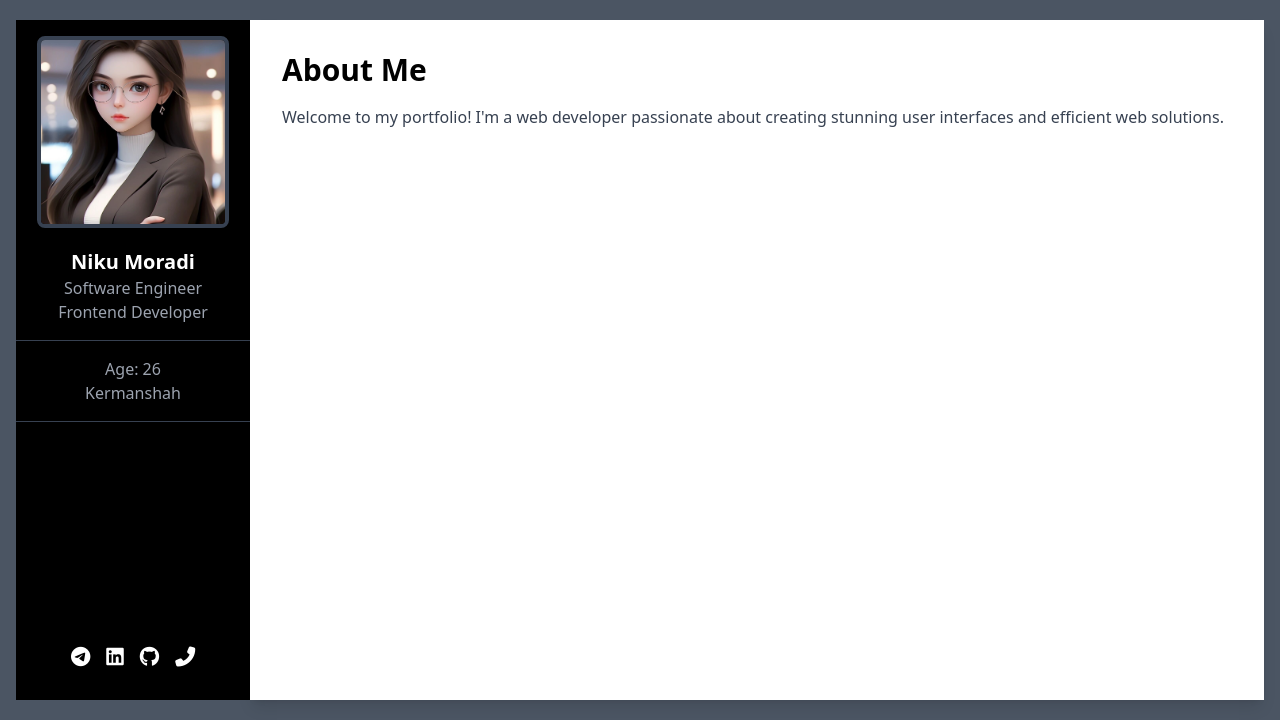
Repository: NikuMoradi/niku-moradi
Page: /
The author's editor kept a copy of each file at every save. The page is drawn from the files as they stood at one save, then again after the next save.
The browser window is 1280 px wide. The pictures show the whole page.
The project was rebuilt for these pictures with package versions that can differ from the ones it lists, and the page was loaded fresh each time. The framework's server and built-in components were replaced by stand-ins that run in the browser. Also part of the build but not shown: nuxt.config.ts, components/Blog Posts/Component-Design.vue, components/Blog.vue, components/Contact.vue, components/Education.vue, components/Experience.vue, components/Hero.vue, components/Menu.vue and 3 more.

Above is the page before, as saved 2024-11-29 09:30:22.

### assets/css/main.css
@tailwind base;
@tailwind components;
@tailwind utilities;

body {
  /* From https://css.glass */
  background: #ffffff;
}

@layer utilities {
}

### components/LeftPanel.vue
<template>
  <div
    class="bg-black text-white w-72 flex flex-col"
    style="height: calc(100vh - 40px)"
  >
    <!-- Profile Picture -->
    <div
      class="p-4 flex flex-col items-center justify-center border-b border-gray-700"
    >
      <img
        src="../assets/img/photo_2024-11-28_10-37-05.jpg"
        alt="Profile Picture"
        class="w-48 h-48 mb-5 rounded-lg border-4 border-gray-700 object-cover object-center"
      />
      <h2 class="text-xl font-bold">Niku Moradi</h2>
      <p class="text-md text-gray-400">Software Engineer</p>
      <p class="text-md text-gray-400">Frontend Developer</p>
    </div>

    <!-- Biography -->
    <div class="p-4 text-center border-b border-gray-700">
      <p class="text-md text-gray-400">Age: 26</p>
      <p class="text-md text-gray-400">Kermanshah</p>
    </div>

    <!-- Social Links -->
    <div class="py-8 text-center mt-auto text-white">
      <div class="space-x-4">
        <a
          href="https://t.me/yourusername"
          target="_blank"
          class="text-white hover:text-blue-400"
        >
          <i class="fab fa-telegram fa-lg"></i>
        </a>
        <a
          href="https://linkedin.com/in/yourusername"
          target="_blank"
          class="text-white hover:text-blue-600"
        >
          <i class="fab fa-linkedin fa-lg"></i>
        </a>
        <a
          href="https://github.com/yourusername"
          target="_blank"
          class="text-white hover:text-gray-700"
        >
          <i class="fab fa-github fa-lg"></i>
        </a>
        <a href="tel:+1234567890" class="text-white hover:text-green-400">
          <i class="fas fa-phone-alt fa-lg"></i>
        </a>
      </div>
    </div>
  </div>
</template>

### layouts/default.vue
<template>
  <div class="flex justify-center items-center min-h-screen bg-gray-600 px-4">
    <LeftPanel />

    <!-- Fixed Width Centered Card -->
    <div
      class="bg-white shadow-lg w-full max-w-5xl overflow-hidden"
      style="height: calc(100vh - 40px)"
    >
      <!-- Scrollable Content -->
      <div class="overflow-y-auto h-full scrollbar-hide">
        <NuxtPage />
      </div>
    </div>
  </div>
</template>

<style>
/* Add any custom global styles here */
body {
  background: linear-gradient(to bottom, #f0f0f0, #d0d0d0);
}
</style>

### app.vue
<!-- The app.vue is just holding the layout container and serving as the root.
 The default.vue layout handles the overall structure of the page.
All content from your pages will automatically be placed inside the NuxtPage slot of the layout.-->
<template>
  <NuxtLayout />
</template>

### pages/index.vue
<template>
  <div class="p-8">
    <h1 class="text-3xl font-bold mb-4">About Me</h1>
    <p class="text-gray-700 leading-relaxed">
      Welcome to my portfolio! I'm a web developer passionate about creating
      stunning user interfaces and efficient web solutions.
    </p>
  </div>
</template>

### tailwind.config.js
/** @type {import('tailwindcss').Config} */
export default {
  content: [
    "./components/**/*.{js,vue,ts}",
    "./layouts/**/*.vue",
    "./pages/**/*.vue",
    "./plugins/**/*.{js,ts}",
    "./app.vue",
    "./error.vue",
  ],
  theme: {
    extend: {},
  },
  plugins: [require("tailwind-scrollbar-hide")],
};

Loaded but not shown: plugins/aos.client.js (no copy from this time; the picture is the same without it)

After the next save:
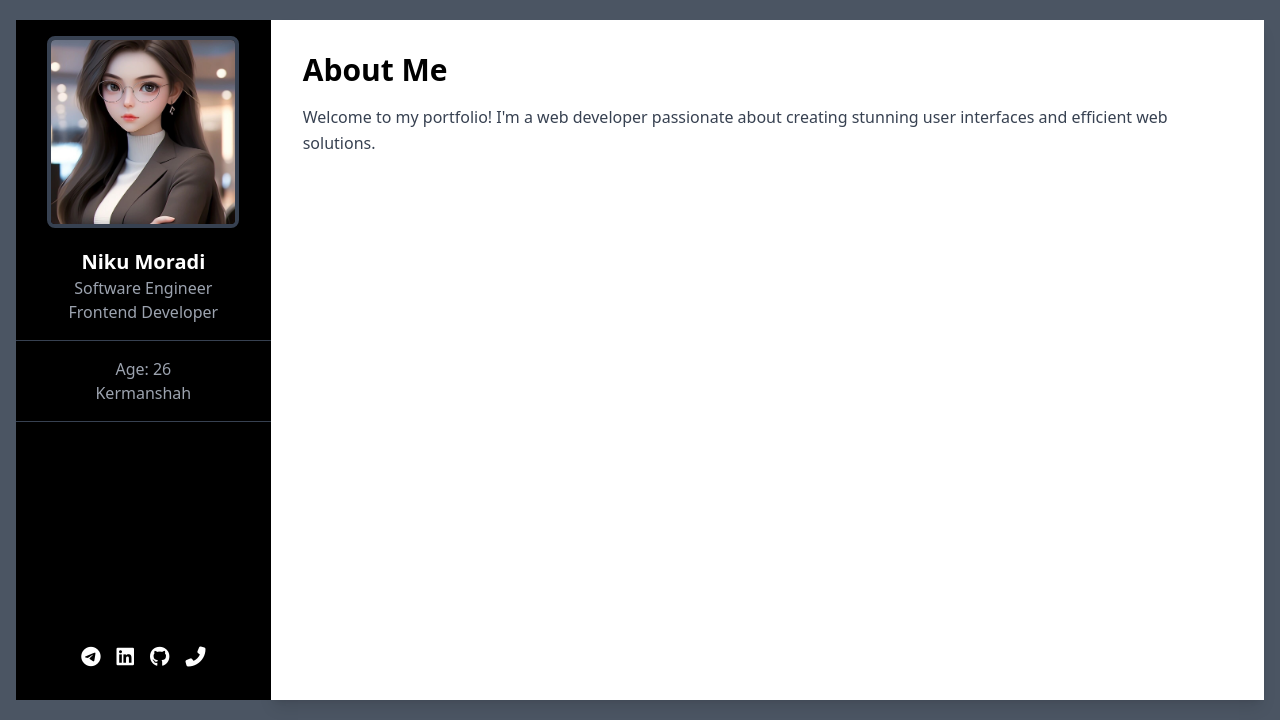
Saved 73 s later.
--- a/components/LeftPanel.vue
+++ b/components/LeftPanel.vue
@@ -1,6 +1,6 @@
 <template>
   <div
-    class="bg-black text-white w-72 flex flex-col"
+    class="bg-black text-white w-80 flex flex-col"
     style="height: calc(100vh - 40px)"
   >
     <!-- Profile Picture -->
